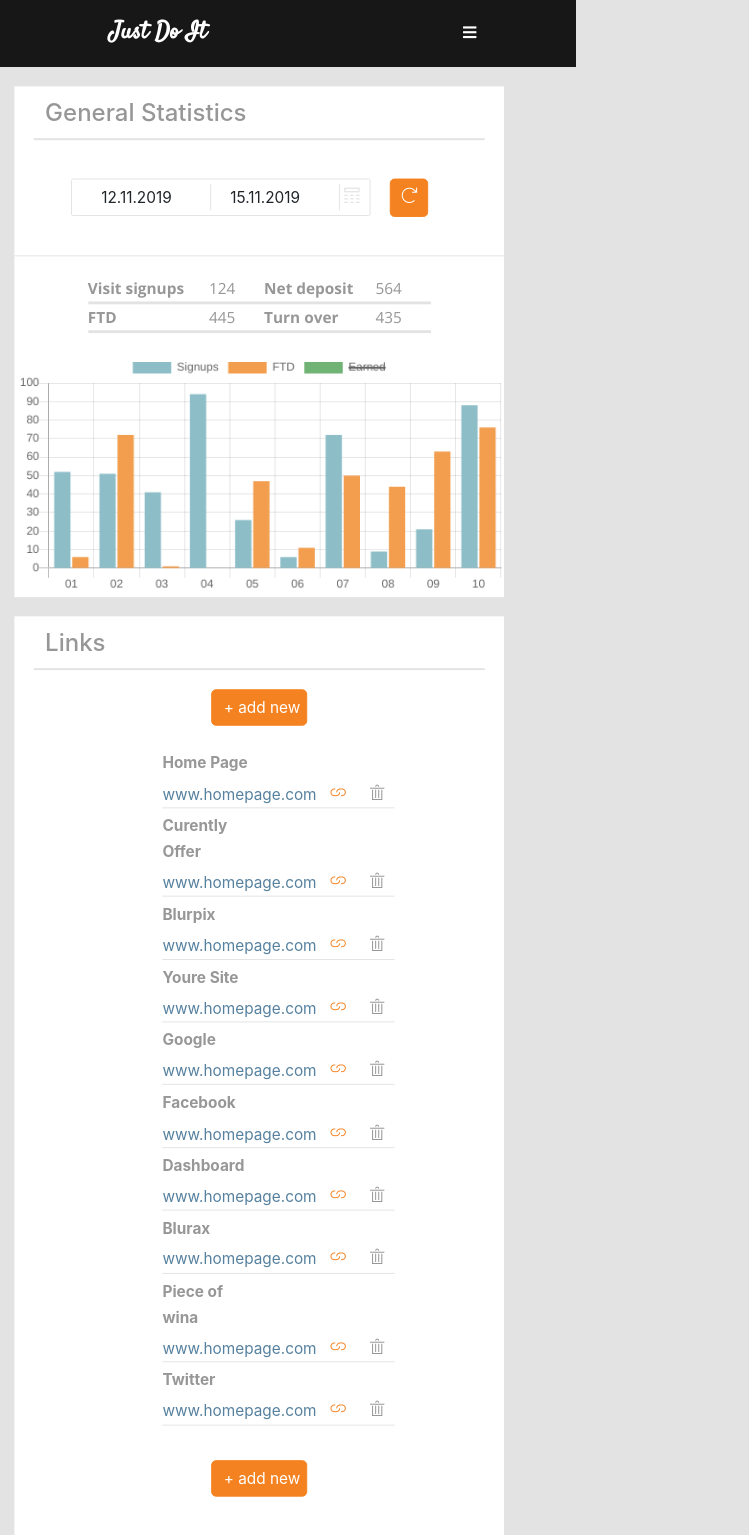
Repository: OllaWilk/wwwJustDoIt
Page: index.html
These files come from the project's save history. The page is drawn as it stood at one moment and after the next save; the edit follows.
The browser window is 600 px wide. The page is 600 px wide, then 780 px, then 600 px, so the pictures cover 780 px, including what lies to the right of the window. The pictures show the whole page, at 96% of full size.
Some web libraries are served in a nearby version. The style sheet was rebuilt from its Sass, Less or Tailwind sources for each picture, by a compiler version that may differ from the author's.

Above is the page before, as saved 2019-12-25 19:16:43.

After the next save:
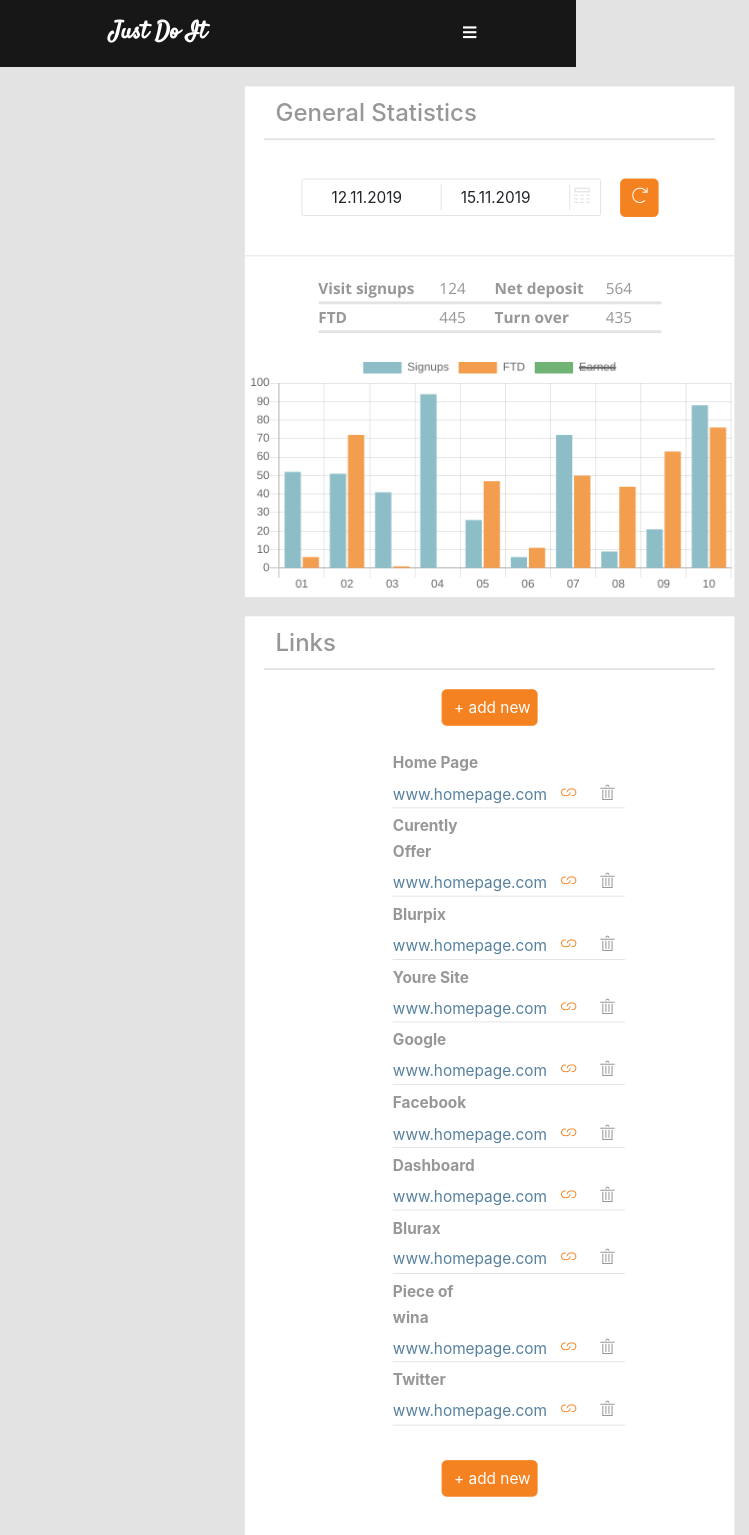
Saved 115 s later.
--- a/sass/components/_mediaQuery.scss
+++ b/sass/components/_mediaQuery.scss
@@ -61,7 +61,7 @@
      /*layout*/
 
     .container {
-        left: 0;
+        //left: 0;
         width: 100%;
         top: 90px;
     }

After the save that followed:
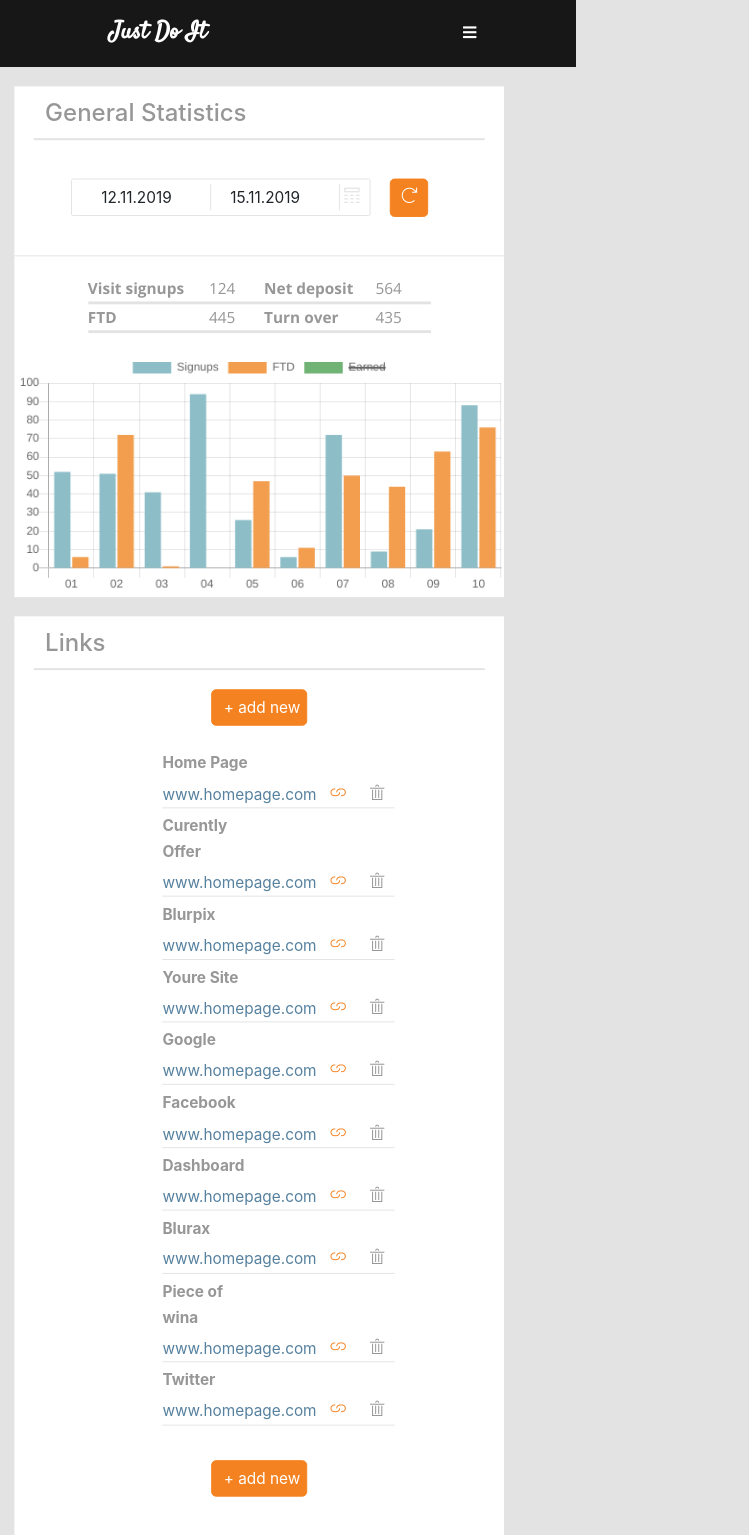
Saved 11 s later.
--- a/sass/components/_mediaQuery.scss
+++ b/sass/components/_mediaQuery.scss
@@ -61,7 +61,7 @@
      /*layout*/
 
     .container {
-        //left: 0;
+        left: auto;
         width: 100%;
         top: 90px;
     }
